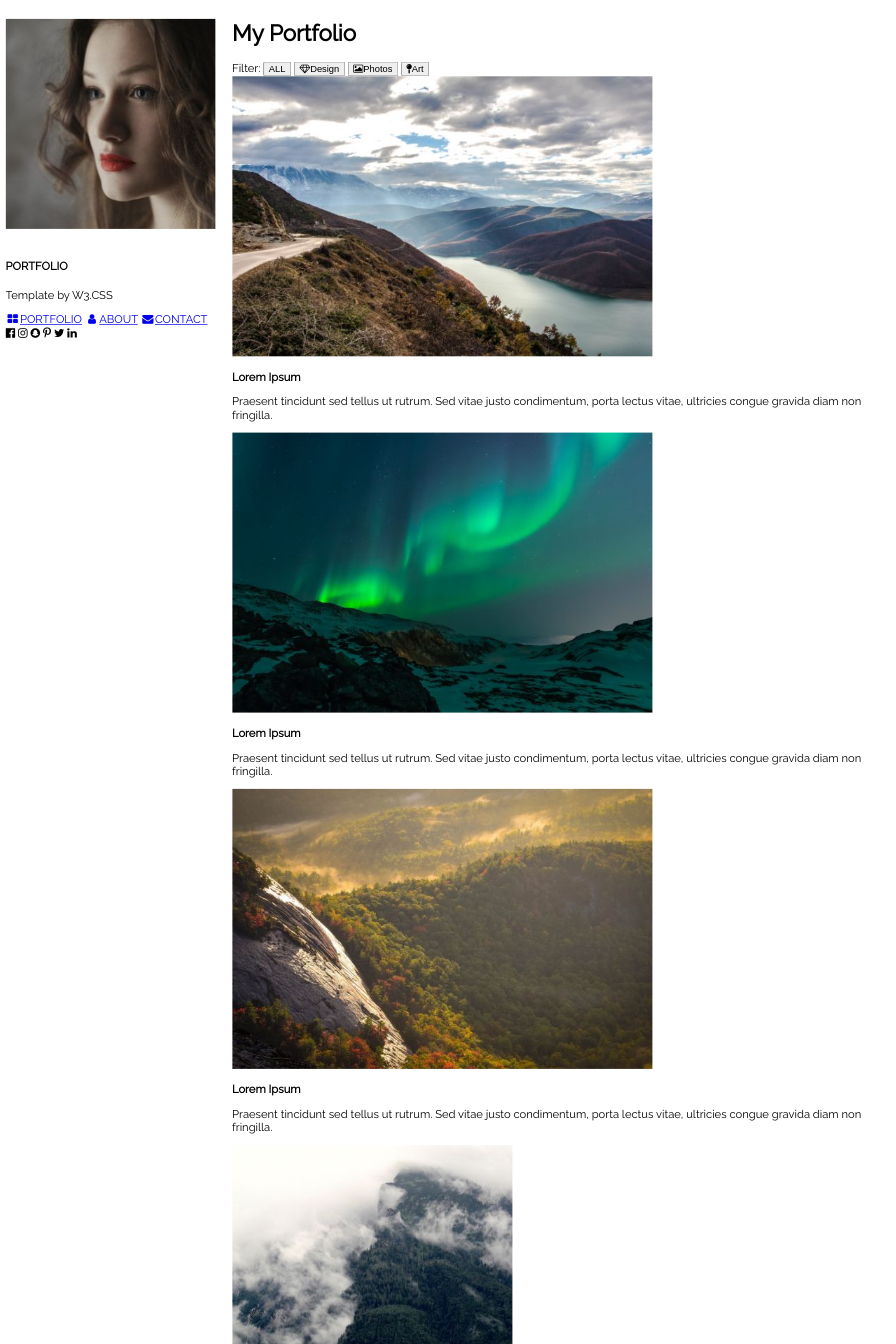
Repository: hesshess/clonecoding-assignment
Page: 5-nature-portfolio/template5.html
The author's editor kept a copy of each file at every save. The page is drawn from the files as they stood at one save, then again after the next save.
The browser window is 1280 px wide. The pictures show the part of the page from y = 0 to 1920 px (the page is 5886 px tall), at 70% of full size.

Above is the page before, as saved 2022-03-18 19:04:07.

After the next save:
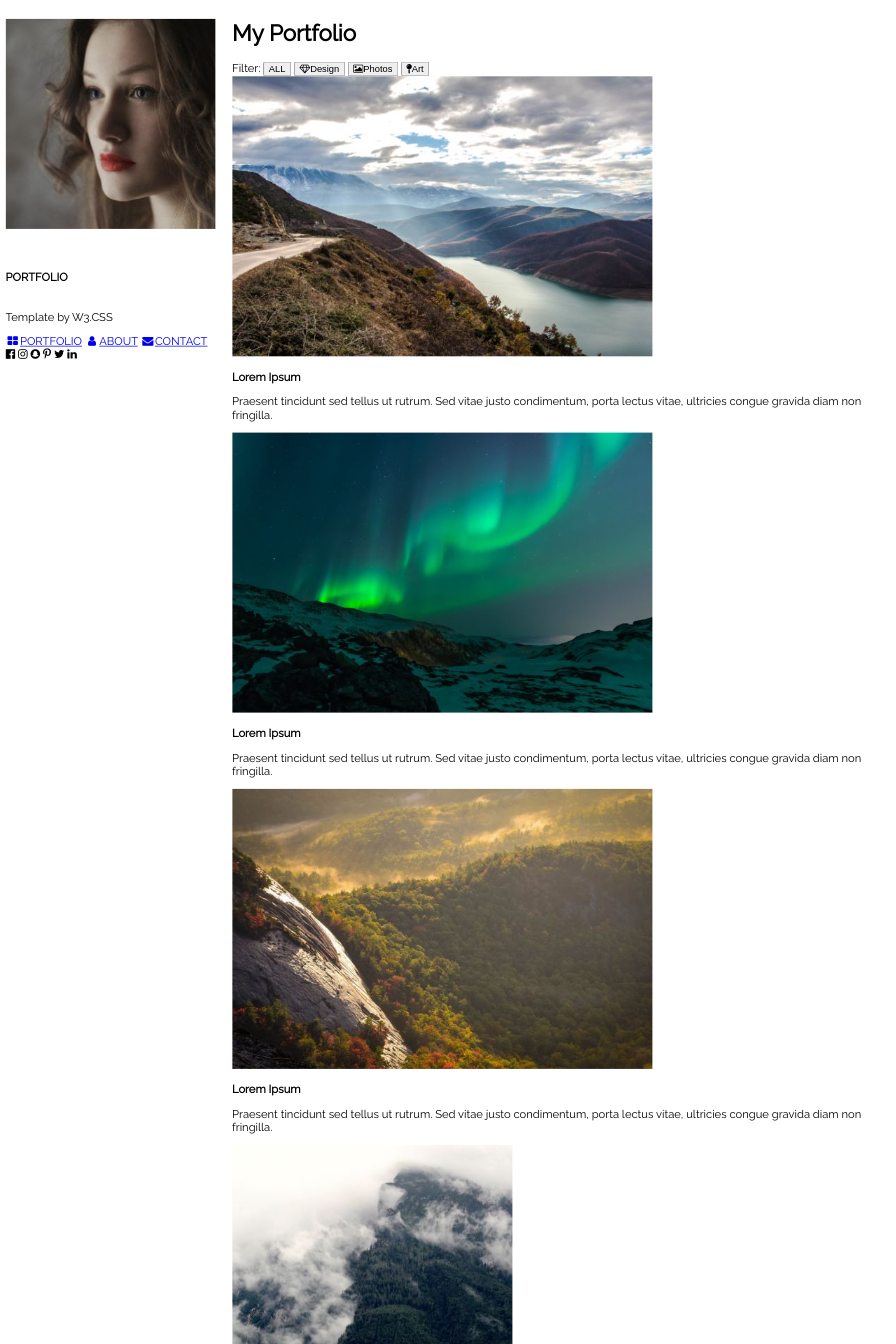
Saved 34 s later.
--- a/5-nature-portfolio/template5.css
+++ b/5-nature-portfolio/template5.css
@@ -13,14 +13,10 @@ body {
   grid-template-columns: 1fr 3fr;
   grid-template-rows: 3fr;
 }
-.back {
-  z-index: -1;
-}
 nav {
   position: fixed;
 }
-
-/* .card {
+.card {
   display: flex;
   flex-direction: column;
-} */
+}
